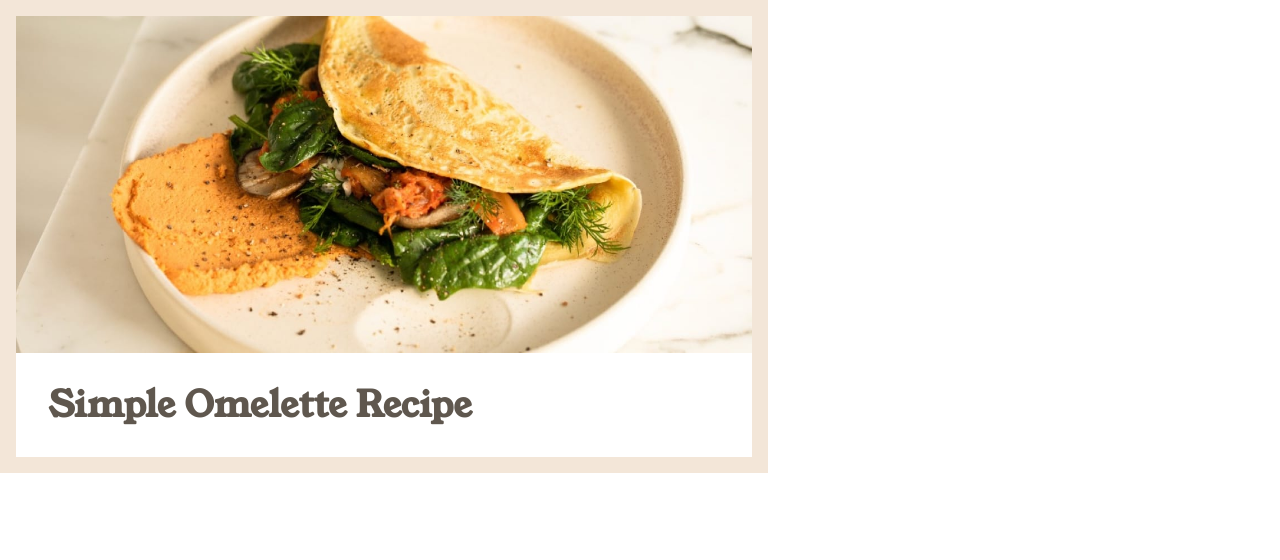
Repository: nivrii/recipe-page-main
Page: /
An editor plug-in stored every save of this project. The page is shown before and after the next save, followed by the edit.
The browser window is 1280 px wide. The pictures show the whole page.
The project was rebuilt for these pictures with package versions that can differ from the ones it lists, and the page was loaded fresh each time. Also part of the build but not shown: vite.config.js, src/index.css.

Above is the page before, as saved 2024-03-23 14:16:40.

After the next save:
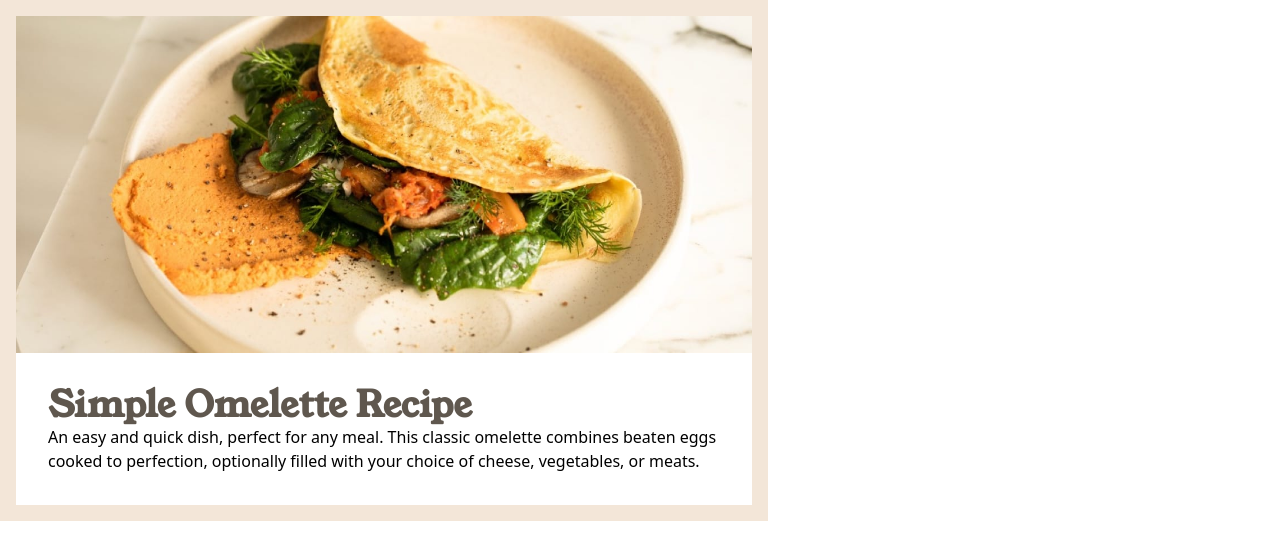
Saved 3 min 31 s later.
--- a/src/App.jsx
+++ b/src/App.jsx
@@ -11,6 +11,11 @@ function App() {
         <h1 className="text-left text-wengeBrown text-4xl font-bold font-young">
           Simple Omelette Recipe
         </h1>
+        <p className="text-left text-outfit">
+          An easy and quick dish, perfect for any meal. This classic omelette
+          combines beaten eggs cooked to perfection, optionally filled with your
+          choice of cheese, vegetables, or meats.
+        </p>
       </div>
     </div>
   );
